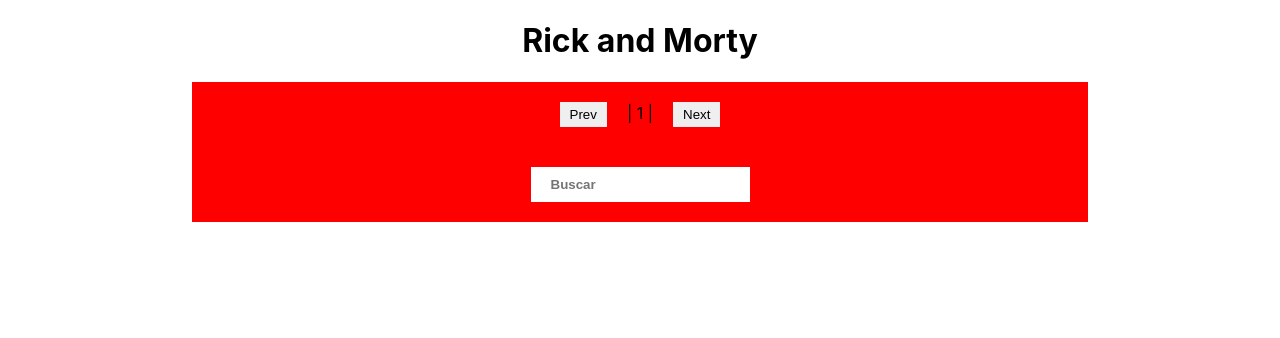
Repository: DanielVegaf/rick-and-morty-api
Page: /
An editor plug-in stored every save of this project. The page is shown before and after the next save, followed by the edit.
The browser window is 1280 px wide. The pictures show the whole page.
The page's requests for data from a server got no answer. The project was rebuilt for these pictures with package versions that can differ from the ones it lists, and the page was loaded fresh each time. No one was signed in, and anything a server would have sent is missing. Also part of the build but not shown: vite.config.js.

Above is the page before, as saved 2022-07-08 19:41:00.

### src/App.jsx
import { useState, useEffect, useRef } from 'react'
import './App.css'
import { getAllCharacters, searchCharacter } from './services/api'

function App() {

  const inputSearch = useRef(null);
  const [character, setCharacter] = useState([])
  const [page, setPage] = useState(1)
  const [search, setSearch] = useState("")

  useEffect(() => {
    getAllCharacters(page)
      .then(setCharacter)
      .catch(console.log)
  }, [page])

  const onChangePage = (next) => {
    if (!character.previous && page + next <= 0) return;
    if (!character.next && page + next >= 42) return;

    setPage(page + next)
  }

  const onTextSearch = (event) => {
    event.preventDefault();
    const text = inputSearch.current.value;
    setSearch(text);
  }

  const onSearchSubmit = (event) => {
    if (event.key !== 'Enter') return;

    inputSearch.current.value = "";
    searchCharacter(search).then(setCharacter).catch(console.log);
  }

  return (
    <div className="App">
      <h1>Rick and Morty</h1>
      <div className="container">
        <div className="buttons">
          <button onClick={() => onChangePage(-1)}>Prev</button>
          | {page} |
          <button onClick={() => onChangePage(1)}>Next</button>
        </div>

        <input
          ref={inputSearch}
          type="text"
          onChange={onTextSearch}
          onKeyDown={onSearchSubmit}
          placeholder="Buscar"
        />

        {
          character?.results?.map((char, index) => {
            return (
              <div
                className='gallery'
                key={index}
              >
                <img src={char.image} alt="" />
                <p>{char.name}</p>
              </div>
            )
          })
        }
      </div>
    </div>
  )
}

export default App

### src/App.css
.App {
  display: flex;
  flex-direction: column;
  align-items: center;
  text-align: center;
}

.container{
  background-color: red;
  width: 70%;
}

.buttons{
  padding: 20px;
}

.buttons button{
  border: none;
  margin: 0 20px;
  padding: 5px 10px;
  cursor: pointer;
  transition: transform .1s ease-in-out;
}
.buttons button:active {
  transform: scale(1.1);
}

input{
  margin: 20px;
  padding: 10px 20px;
  border: none;
  font-weight: bold;
  outline: none;
}

### src/services/api.js
const BASE_URL = "https://rickandmortyapi.com/api/character";

export async function getAllCharacters(page = 1){
    try {
        const response = await fetch(`${BASE_URL}/?page=${page}`);
        const data = await response.json();
        console.log(data);
        return data;
    } catch (error) {
        console.log(error);
    }
}

export async function searchCharacter(name){
    try {
        const response = await fetch(`${BASE_URL}/?name=${name}`)
        const data = await response.json();
        console.log(data);
        return data;
    } catch (error) {
        console.log(error);
    }
}

Loaded but not shown: index.html (common file); src/main.jsx (common file); src/index.css (common file)

After the next save:
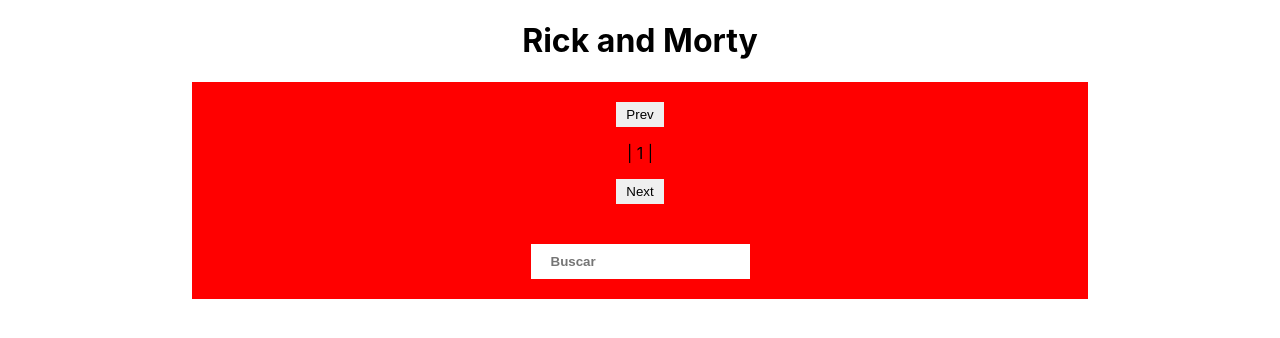
Saved 24 s later.
--- a/src/App.jsx
+++ b/src/App.jsx
@@ -41,7 +41,7 @@
       <div className="container">
         <div className="buttons">
           <button onClick={() => onChangePage(-1)}>Prev</button>
-          | {page} |
+          <p>| {page} |</p>
           <button onClick={() => onChangePage(1)}>Next</button>
         </div>
 
